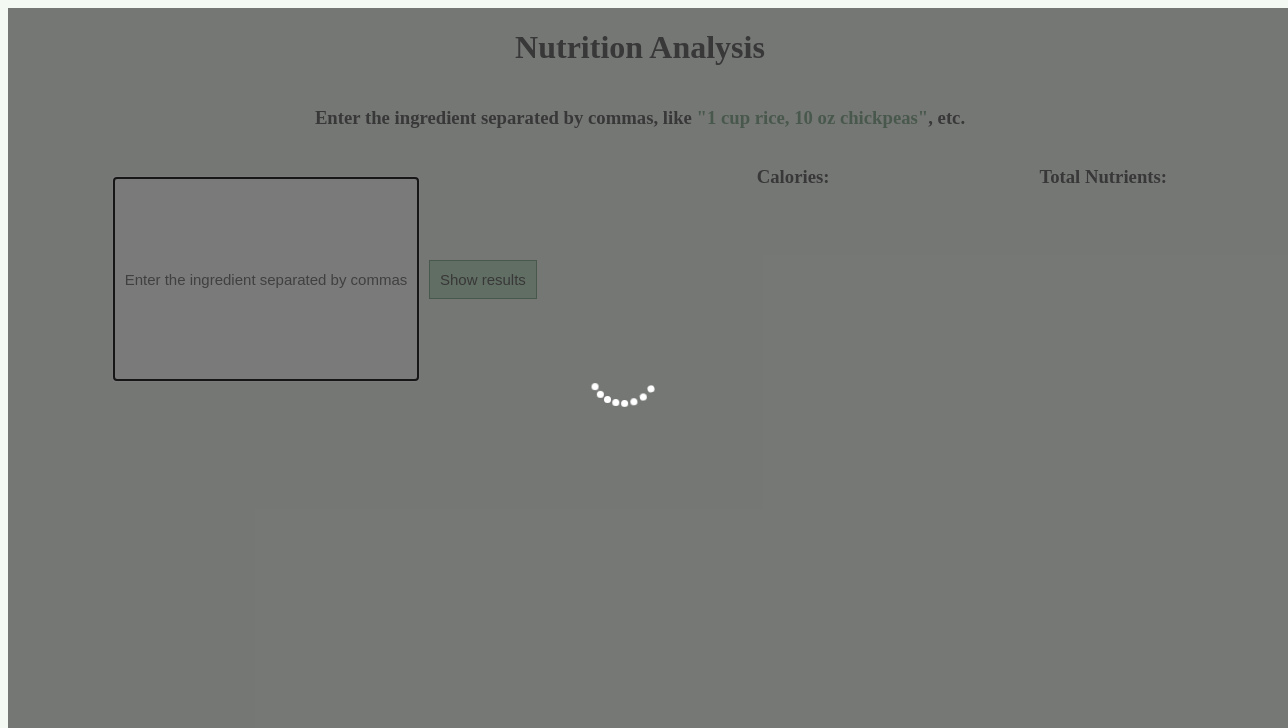
Repository: asya-aisa/nutrition-app
Page: /
An editor plug-in stored every save of this project. The page is shown before and after a run of saves, followed by the edit.
The browser window is 1280 px wide. The page is 1288 px wide, so the pictures cover 1288 px, including what lies to the right of the window. The pictures show the whole page.
The first visible `input` has the focus.
The page's requests for data from a server got no answer. The project was rebuilt for these pictures with package versions that can differ from the ones it lists, and the page was loaded fresh each time. No one was signed in, and anything a server would have sent is missing. Also part of the build but not shown: src/MyComponent.js.

Above is the page before, as saved 2023-09-25 21:04:44.

After the next 2 saves:
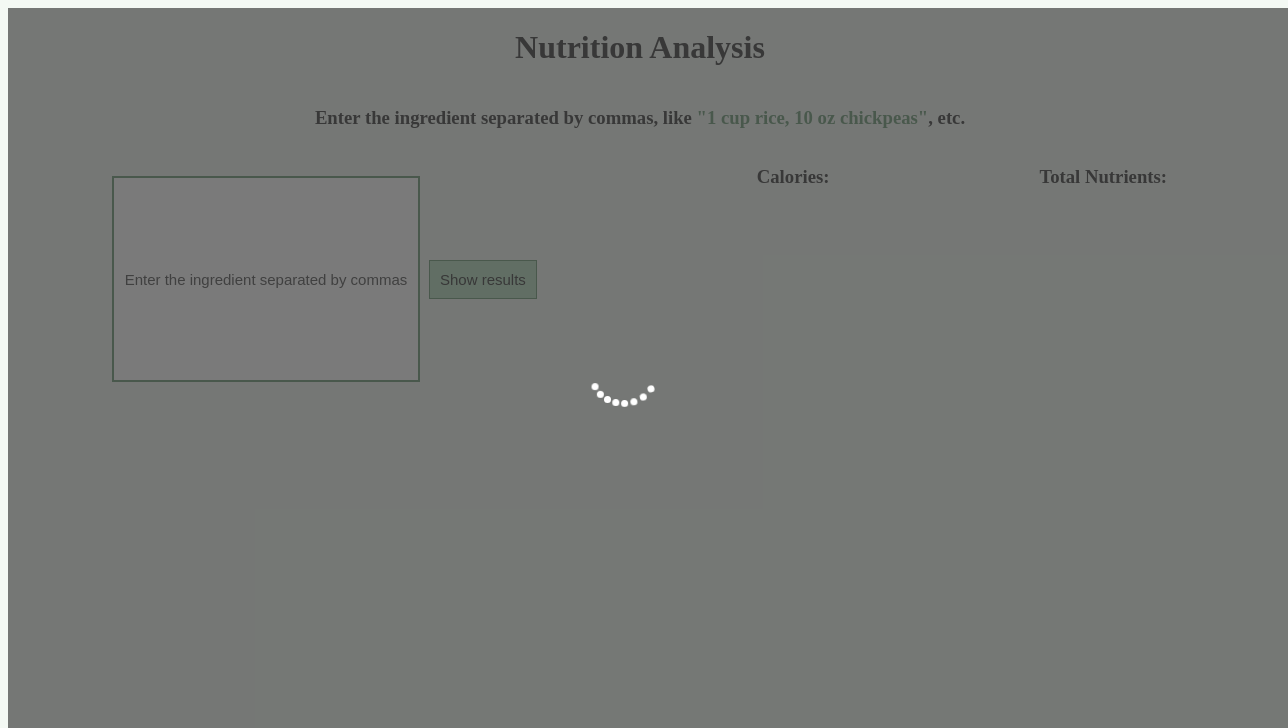
The 2 saves are shown as one change because they came seconds apart.
The last was saved 11 s later.
--- a/src/App.css
+++ b/src/App.css
@@ -21,7 +21,7 @@ input {
   color: #616161;
 }
 input:focus {
-  outline: ;
+  outline: #8AAE92 1px solid;
 }
 .cont {
   display: flex;
